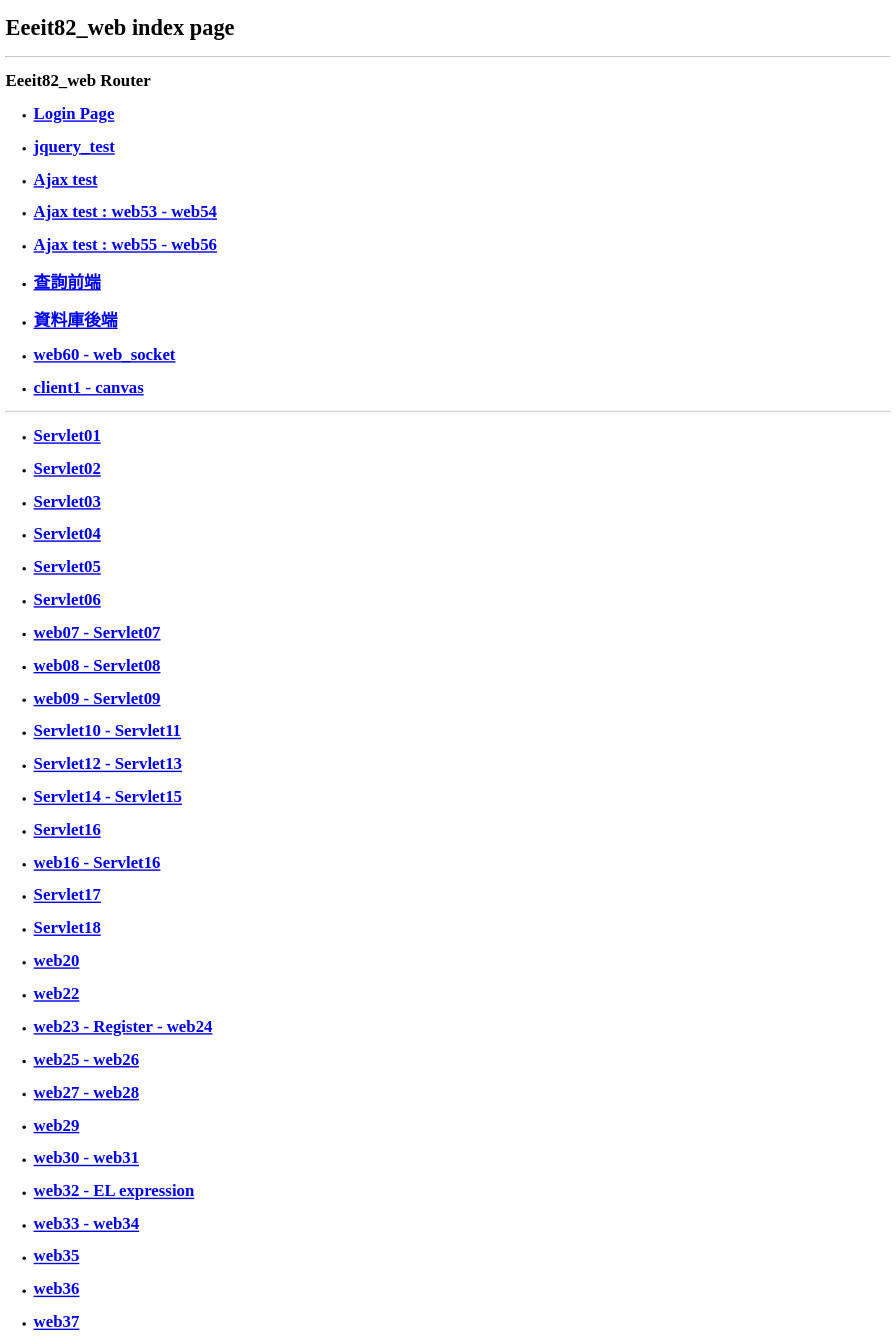
Repository: fgh64hfhk/webworkspace
Page: eeit82_web/src/main/webapp/index.html
These files come from the project's save history. The page is drawn as it stood at one moment and after the next save; the edit follows.
The browser window is 1280 px wide. The pictures show the part of the page from y = 0 to 1920 px (the page is 2666 px tall before and 2713 px after), at 70% of full size.

Above is the page before, as saved 2024-05-13 03:54:39.

### eeit82_web/src/main/webapp/index.html
<!DOCTYPE html>
<html>
<head>
<meta charset="UTF-8">
<title>Eeeit82_web index page</title>
</head>
<body>
	<h1>Eeeit82_web index page</h1>
	<hr>
	<h2>Eeeit82_web Router</h2>
	<ul>
		<li>
			<h2>
				<a href="login.jsp">Login Page</a>
			</h2>
		</li>
		<li>
			<h2>
				<a href="jquery_test.jsp">jquery_test</a>
			</h2>
		</li>
		<li>
			<h2>
				<a href="ajax.html">Ajax test</a>
			</h2>
		</li>
		<li>
			<h2>
				<a href="web53.html">Ajax test : web53 - web54</a>
			</h2>
		</li>
		<li>
			<h2>
				<a href="web55.html">Ajax test : web55 - web56</a>
			</h2>
		</li>
		<li>
			<h2>
				<a href="web57.html">查詢前端</a>
			</h2>
		</li>
		<li>
			<h2>
				<a href="web58.jsp">資料庫後端</a>
			</h2>
		</li>
		<li>
			<h2>
				<a href="web60.html">web60 - web_socket</a>
			</h2>
		</li>
		<li>
			<h2>
				<a href="client1.html">client1 - canvas</a>
			</h2>
		</li>
	</ul>
	<hr>
	<ul>
		<li>
			<h2>
				<a href="Servlet01">Servlet01</a>
			</h2>
		</li>
		<li>
			<h2>
				<a href="Servlet02">Servlet02</a>
			</h2>
		</li>
		<li>
			<h2>
				<a href="Servlet03">Servlet03</a>
			</h2>
		</li>
		<li>
			<h2>
				<a href="Servlet04">Servlet04</a>
			</h2>
		</li>
		<li>
			<h2>
				<a href="Servlet05">Servlet05</a>
			</h2>
		</li>
		<li>
			<h2>
				<a href="Servlet06">Servlet06</a>
			</h2>
		</li>
		<li>
			<h2>
				<a href="web07.html">web07 - Servlet07</a>
			</h2>
		</li>
		<li>
			<h2>
				<a href="web08.html">web08 - Servlet08</a>
			</h2>
		</li>
		<li>
			<h2>
				<a href="web09.html">web09 - Servlet09</a>
			</h2>
		</li>
		<li>
			<h2>
				<a href="Servlet10">Servlet10 - Servlet11</a>
			</h2>
		</li>
		<li>
			<h2>
				<a href="Servlet12">Servlet12 - Servlet13</a>
			</h2>
		</li>
		<li>
			<h2>
				<a href="Servlet14">Servlet14 - Servlet15</a>
			</h2>
		</li>
		<li>
			<h2>
				<a href="Servlet16">Servlet16</a>
			</h2>
		</li>
		<li>
			<h2>
				<a href="web16.html">web16 - Servlet16</a>
			</h2>
		</li>
		<li>
			<h2>
				<a href="Servlet17">Servlet17</a>
			</h2>
		</li>
		<li>
			<h2>
				<a href="Servlet18">Servlet18</a>
			</h2>
		</li>
		<li>
			<h2>
				<a href="web20.jsp">web20</a>
			</h2>
		</li>
		<li>
			<h2>
				<a href="web22.jsp">web22</a>
			</h2>
		</li>
		<li>
			<h2>
				<a href="web23.jsp">web23 - Register - web24</a>
			</h2>
		</li>
		<li>
			<h2>
				<a href="web25.jsp">web25 - web26</a>
			</h2>
		</li>
		<li>
			<h2>
				<a href="web27.jsp">web27 - web28</a>
			</h2>
		</li>
		<li>
			<h2>
				<a href="web29.jsp">web29</a>
			</h2>
		</li>
		<li>
			<h2>
				<a href="web30.jsp">web30 - web31</a>
			</h2>
		</li>
		<li>
			<h2>
				<a href="web32.jsp">web32 - EL expression</a>
			</h2>
		</li>
		<li>
			<h2>
				<a href="web33.jsp">web33 - web34</a>
			</h2>
		</li>
		<li>
			<h2>
				<a href="web35.jsp">web35</a>
			</h2>
		</li>
		<li>
			<h2>
				<a href="web36.jsp">web36</a>
			</h2>
		</li>
		<li>
			<h2>
				<a href="web37.jsp">web37</a>
			</h2>
		</li>
		<li>
			<h2>
				<a href="web38.jsp">web38</a>
			</h2>
		</li>
		<li>
			<h2>
				<a href="web39.jsp">web39</a>
			</h2>
		</li>
		<li>
			<h2>
				<a href="web40.jsp">web40</a>
			</h2>
		</li>
		<li>
			<h2>
				<a href="web41.jsp">web41</a>
			</h2>
		</li>
		<li>
			<h2>
				<a href="web42.jsp">web42</a>
			</h2>
		</li>
		<li>
			<h2>
				<a href="web43.jsp">web43</a>
			</h2>
		</li>
		<li>
			<h2>
				<a href="web44.jsp">web44</a>
			</h2>
		</li>
		<li>
			<h2>
				<a href="web45.jsp">web45</a>
			</h2>
		</li>
		<li>
			<h2>
				<a href="web46.jsp">web46 - 美食小吃列表(分頁模式)</a>
			</h2>
		</li>
		<li>
			<h2>
				<a href="web46-1.jsp">web46-1 - 美食小吃列表(分頁模式)</a>
			</h2>
		</li>
		<li>
			<h2>
				<a href="web47.jsp">web47 - page, rpp test</a>
			</h2>
		</li>
		<li>
			<h2>
				<a href="web48.jsp">web48</a>
			</h2>
		</li>
		<li>
			<h2>
				<a href="web49.jsp">web49 - 旅遊景點資料</a>
			</h2>
		</li>
		<li>
			<h2>
				<a href="web50.jsp">web50 - Jstl c:set 測試</a>
			</h2>
		</li>
		<li>
			<h2>
				<a href="web51.jsp">web51 - web51-1 session 測試</a>
			</h2>
		</li>
	</ul>
</body>
</html>

After the next save:
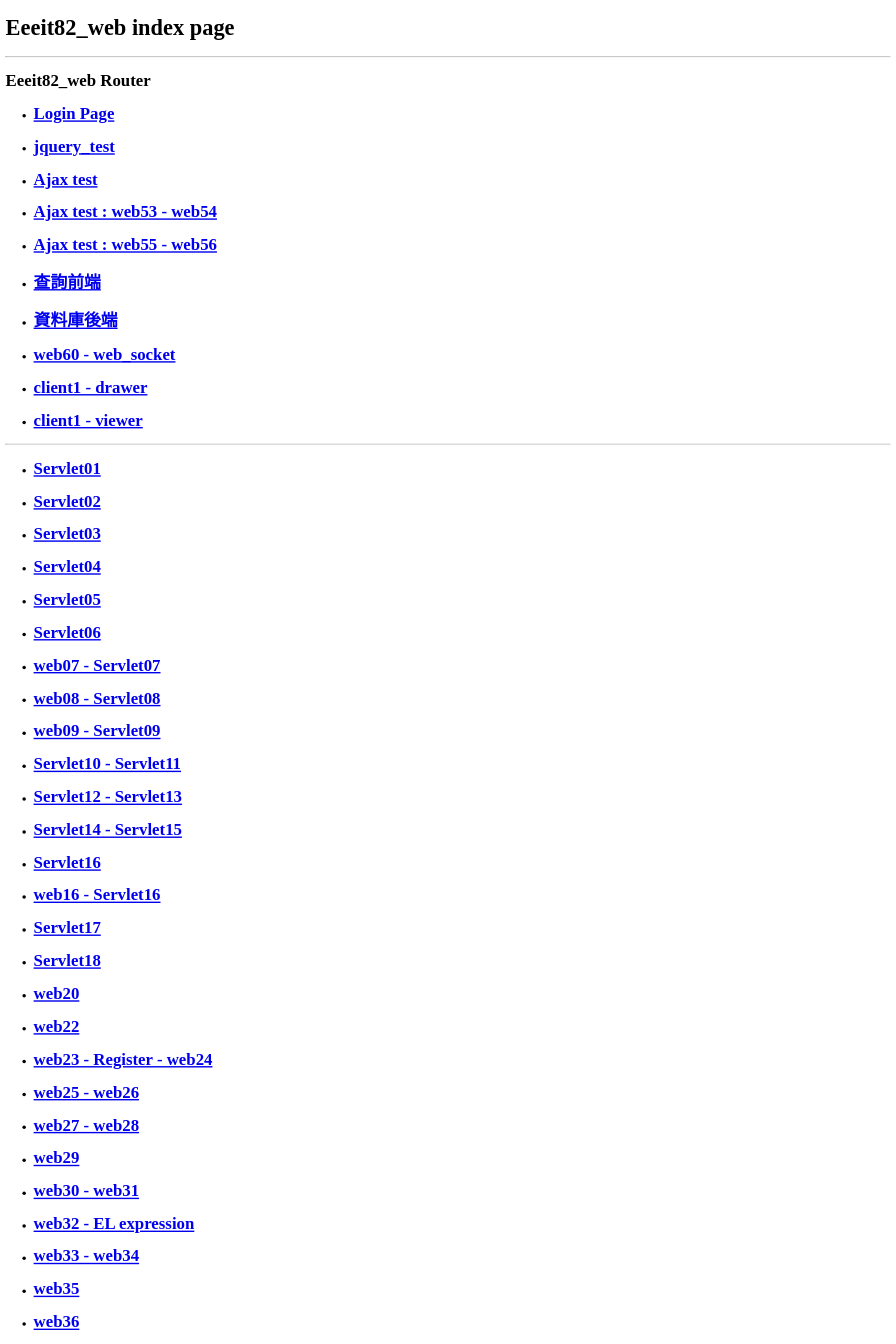
Saved 5 min 45 s later.
--- a/eeit82_web/src/main/webapp/index.html
+++ b/eeit82_web/src/main/webapp/index.html
@@ -51,7 +51,12 @@
 		</li>
 		<li>
 			<h2>
-				<a href="client1.html">client1 - canvas</a>
+				<a href="client1.html">client1 - drawer</a>
+			</h2>
+		</li>
+		<li>
+			<h2>
+				<a href="client1.html">client1 - viewer</a>
 			</h2>
 		</li>
 	</ul>
